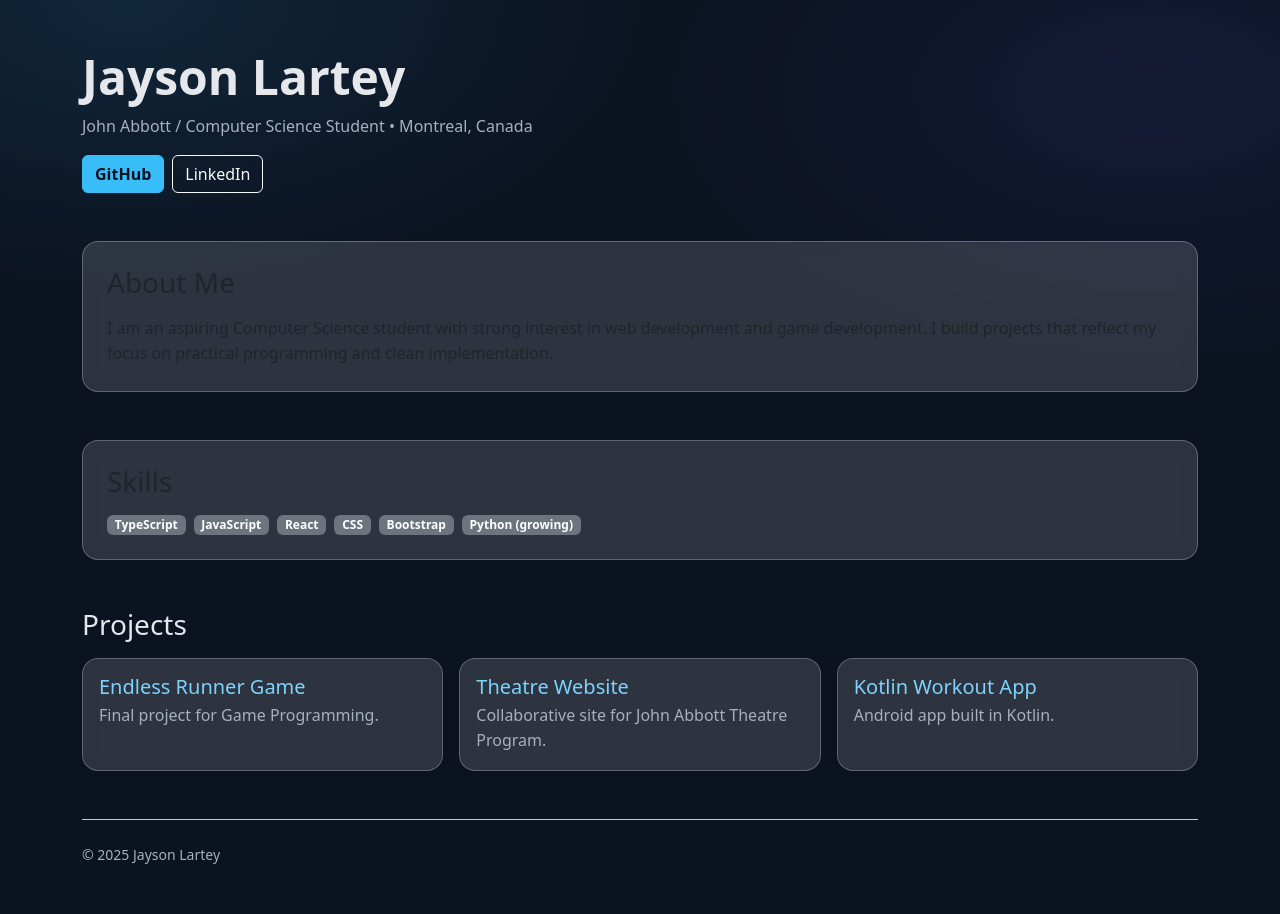
Repository: jaysonlartey/jaysonlartey.github.io
Page: index.html
An editor plug-in stored every save of this project. The page is shown before and after the next save, followed by the edit.
The browser window is 1280 px wide. The pictures show the whole page.

Above is the page before, as saved 2025-12-12 20:29:57.

### index.html
<!DOCTYPE html>
<html lang="en">

<head>
    <meta charset="UTF-8">
    <meta name="viewport" content="width=device-width, initial-scale=1.0">
    <title>Jayson Lartey - Portfolio</title>
    <link href="https://cdn.jsdelivr.net/npm/bootstrap@5.3.3/dist/css/bootstrap.min.css" rel="stylesheet">
    <link rel="stylesheet" href="style.css" />
    <script src="https://cdn.jsdelivr.net/npm/bootstrap@5.3.3/dist/js/bootstrap.bundle.min.js"></script>
    <script src="script.js"></script>
</head>

<body>
<header class="container py-5">
  <div class="row align-items-center g-4">
    <div class="col-12 col-md-8">
      <h1 class="display-5 fw-semibold mb-2">Jayson Lartey</h1>
      <p class="text-secondary mb-3">John Abbott / Computer Science Student • Montreal, Canada</p>

      <div class="d-flex gap-2 flex-wrap">
        <a class="btn btn-primary" href="https://github.com/jaysonlartey" target="_blank" rel="noreferrer">GitHub</a>
        <a class="btn btn-outline-light" href="https://www.linkedin.com/in/jayson-lartey/" target="_blank" rel="noreferrer">LinkedIn</a>
      </div>
    </div>

  </div>
</header>


 <main class="container pb-5">
  <section class="mb-5">
    <div class="card card-dark p-4">
      <h2 class="h3 mb-3">About Me</h2>
      <p class="mb-0">
        I am an aspiring Computer Science student with strong interest in web development and game development.
        I build projects that reflect my focus on practical programming and clean implementation.
      </p>
    </div>
  </section>

  <section class="mb-5">
    <div class="card card-dark p-4">
      <h2 class="h3 mb-3">Skills</h2>
      <div class="d-flex flex-wrap gap-2">
        <span class="badge text-bg-secondary">TypeScript</span>
        <span class="badge text-bg-secondary">JavaScript</span>
        <span class="badge text-bg-secondary">React</span>
        <span class="badge text-bg-secondary">CSS</span>
        <span class="badge text-bg-secondary">Bootstrap</span>
        <span class="badge text-bg-secondary">Python (growing)</span>
      </div>
    </div>
  </section>

  <section class="mb-5">
    <h2 class="h3 mb-3">Projects</h2>

    <div class="row g-3">
      <div class="col-12 col-md-4">
        <div class="card card-dark h-100 p-3">
          <h3 class="h5 mb-1">
            <a class="project-link" href="https://github.com/jaysonlartey/Endless-Runner-Game" target="_blank" rel="noreferrer">
              Endless Runner Game
            </a>
          </h3>
          <p class="text-secondary mb-0">Final project for Game Programming.</p>
        </div>
      </div>

      <div class="col-12 col-md-4">
        <div class="card card-dark h-100 p-3">
          <h3 class="h5 mb-1">
            <a class="project-link" href="https://github.com/jaysonlartey/Theatre-App" target="_blank" rel="noreferrer">
              Theatre Website
            </a>
          </h3>
          <p class="text-secondary mb-0">Collaborative site for John Abbott Theatre Program.</p>
        </div>
      </div>

      <div class="col-12 col-md-4">
        <div class="card card-dark h-100 p-3">
          <h3 class="h5 mb-1">
            <a class="project-link" href="https://github.com/jaysonlartey/Workout-App" target="_blank" rel="noreferrer">
              Kotlin Workout App
            </a>
          </h3>
          <p class="text-secondary mb-0">Android app built in Kotlin.</p>
        </div>
      </div>
    </div>
  </section>

  <footer class="pt-4 border-top border-secondary-subtle text-secondary small">
    © <span id="year"></span> Jayson Lartey
  </footer>
</main>

</body>

</html>

### style.css
:root{
  --bg: #0b1220;
  --fg: #e5e7eb;
  --muted: #a7b0c0;
  --card: rgba(255,255,255,0.14);
  --card-border: rgba(255,255,255,0.25);
}

*{ box-sizing:border-box; }

body{
  margin:0;
  font-family: system-ui, -apple-system, Segoe UI, Roboto, sans-serif;
  color: var(--fg);
  background:
    radial-gradient(900px 500px at 10% 0%, rgba(56,189,248,0.12), transparent 60%),
    radial-gradient(900px 500px at 90% 10%, rgba(99,102,241,0.10), transparent 55%),
    var(--bg);
  line-height:1.6;
}

a{ text-decoration:none; }
a:hover{ text-decoration:underline; }

.text-secondary{ color: var(--muted) !important; }

.card-dark{
  background: var(--card);
  border: 1px solid var(--card-border);
  border-radius: 16px;
  backdrop-filter: blur(8px);
}

.project-link{
  color: #7dd3fc;
}
.project-link:hover{
  color: #bae6fd;
}

.btn-primary{
  background: #38bdf8;
  border-color: #38bdf8;
  color: #0b1220;
  font-weight: 600;
}
.btn-primary:hover{
  background: #7dd3fc;
  border-color: #7dd3fc;
  color: #0b1220;
}

### script.js
document.addEventListener("DOMContentLoaded", () => {
  const year = document.getElementById("year");
  if (year) year.textContent = new Date().getFullYear();
});

After the next save:
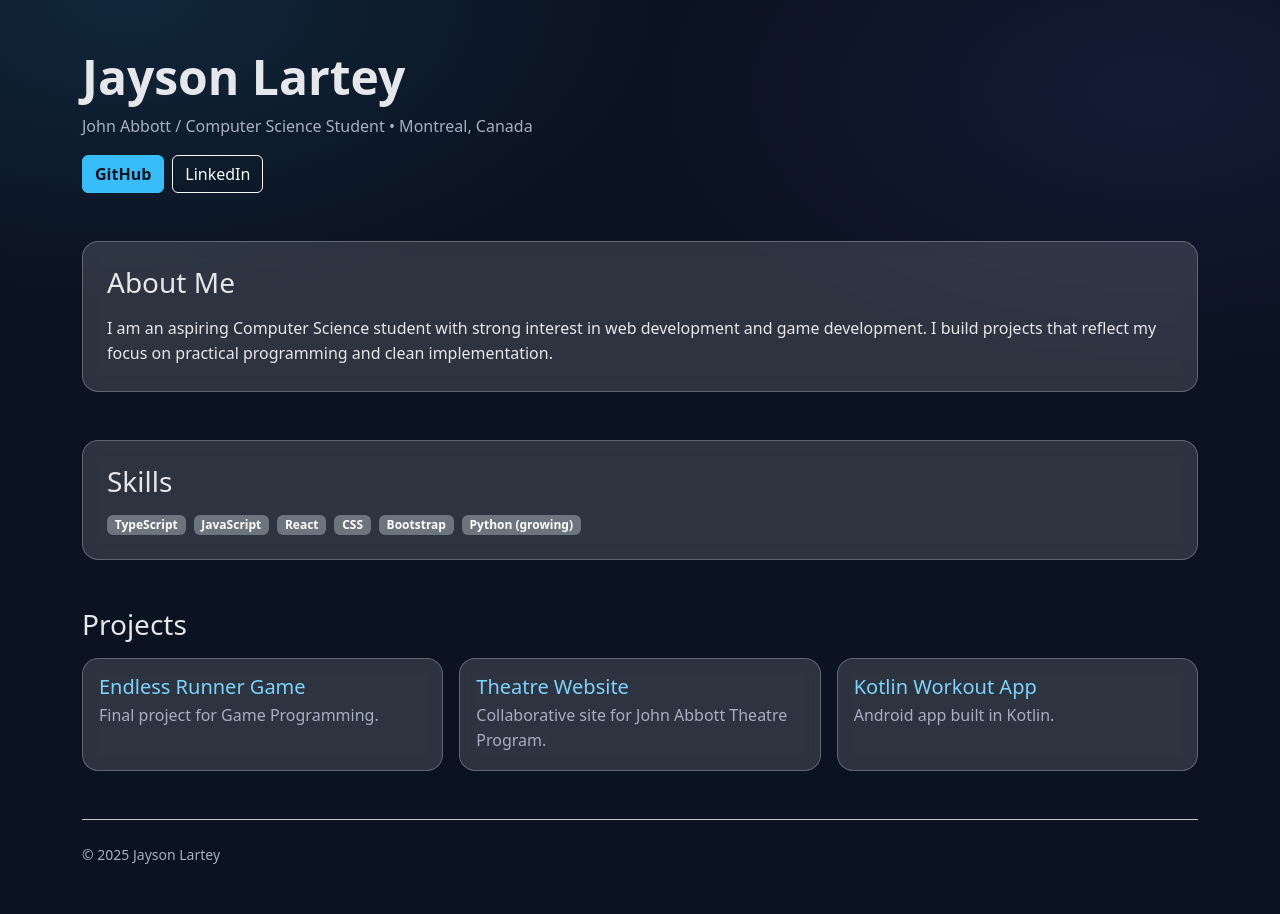
Saved 2 min 10 s later.
--- a/style.css
+++ b/style.css
@@ -28,6 +28,7 @@ a:hover{ text-decoration:underline; }
   background: var(--card);
   border: 1px solid var(--card-border);
   border-radius: 16px;
+  color: var(--fg);
   backdrop-filter: blur(8px);
 }
 
